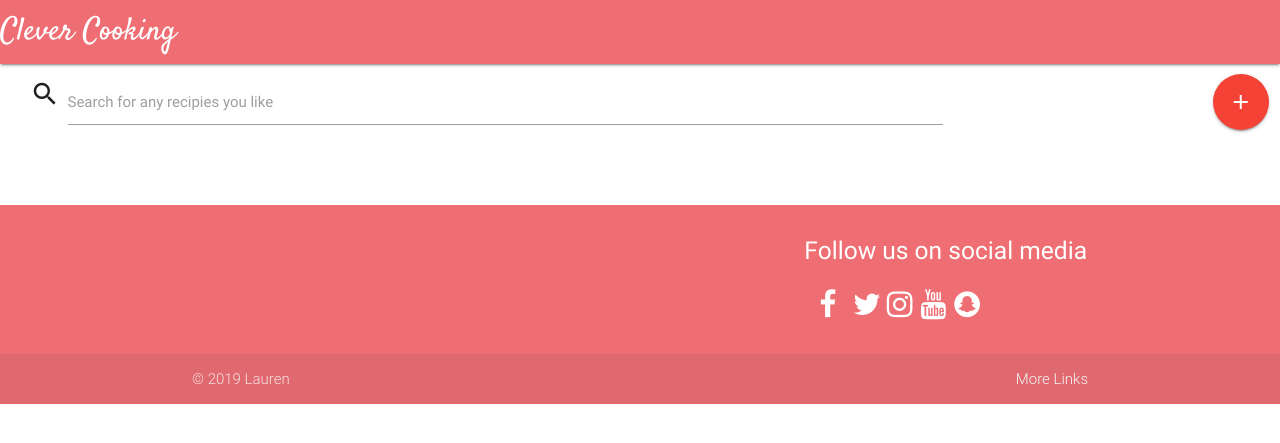
Repository: Code-Institute-Submissions/online-recipe-cookbook
Page: http://localhost/
The author's editor kept a record of every edit. The page is drawn from the files as they stood at one moment, then again after the next edit.
The browser window is 1280 px wide. The pictures show the whole page.
Some web libraries are served in a nearby version. The page is served by the project's application, run on Flask 3 (app.py). Queries for data that is not in the repository find no rows.

Above is the page before.

### templates/home.html
{% extends 'base.html' %}
{% block content %}
<!DOCTYPE html>
<html>
    <head>

    </head>
    <body>
        <div class="row">

            <div class="col s12">
              <div class="row">
                <div class="input-field col s9">
                  <i class="center-align material-icons prefix">search</i>
                  <input method="POST" action="{{url_for('get_recipe_names')}}" type="text" id="autocomplete-input" class="autocomplete">
                  <label for="autocomplete-input">Search for any recipies you like</label>
                </div>
                <a href="{{url_for('add_recipe')}}" class="btn-floating right-align btn-large waves-effect waves-light red" style="float: right; margin-top: 10px"><i class="material-icons">add</i></a>
              </div>
            </div>
         </div>
        <div class="row">
         {% for recipe in recipes %}

             <div class="card col s12 m6 l4 medium">
                <div class="card-image waves-effect waves-block waves-light">
                  <img class="activator" src={{ recipe.image_link}}>
                </div>
                <div class="card-content">
                  <span class="card-title activator grey-text text-darken-4">{{ recipe.recipe_name }}<i class="material-icons right">more_vert</i></span>
                  <p><a href="{{url_for('show_recipe', recipe_id=recipe._id)}}">View full recipe</a></p>
                  <span><i class="material-icons left">favorite</i> <p>{{recipe.likes}}</p></span>
                </div>
                <div class="card-reveal">
                  <span class="card-title grey-text text-darken-4">{{ recipe.recipe_name }}<i class="material-icons right">close</i></span>
                  <p>{{recipe.ingredients}}</p>
                  <span><a href="{{ url_for('edit_recipe', recipe_id=recipe._id)}}"><i class="material-icons right">edit</i></a></span>
                </div>
         </div>

         {% endfor %}

                 </div>
    </body>
</html>
{% endblock %}

### templates/base.html
<!DOCTYPE html>
<html>

<head>
    <link href="https://fonts.googleapis.com/icon?family=Material+Icons" rel="stylesheet">
    <link rel="stylesheet" href="https://cdnjs.cloudflare.com/ajax/libs/materialize/0.100.2/css/materialize.min.css">
    <link rel="stylesheet" href="{{url_for('static', filename='css/style.css')}}" type="text/css"/>
    <link rel="stylesheet" href="https://cdnjs.cloudflare.com/ajax/libs/font-awesome/4.7.0/css/font-awesome.min.css">
</head>

<body>
    <header>
      <nav>
        <div class="nav-wrapper">
          <a href="{{url_for('get_top_recipes')}}" class="brand-logo">Clever Cooking</a>
        </div>
      </nav>
    </header>
    {% block content %}

    {% endblock %}

    <script src="https://cdnjs.cloudflare.com/ajax/libs/jquery/3.2.1/jquery.min.js"></script>
    <script src="https://cdnjs.cloudflare.com/ajax/libs/materialize/0.100.2/js/materialize.min.js"></script>
    <script type="text/javascript">
    $(document).ready(function(){
    $('.modal').modal();

    function sendItem(val) {
        console.log(val);
    }
    $(function () {
            $('input.autocomplete').autocomplete({
                data: {

                    "Apple": null,
                    "Microsoft": null,
                    "Google": 'http://placehold.it/250x250'
                },
                onAutocomplete: function(txt) {
                  sendItem(txt);
                },
                limit: 20, // The max amount of results that can be shown at once. Default: Infinity.
            });

    });

  });
    </script>

</body>
<footer class="page-footer">
          <div class="container">
            <div class="row">
              <div class="col l6 s12">
                </div>
              <div class="col l4 offset-l2 s12">
                <h5 class="white-text">Follow us on social media</h5>

                  <a href="#"><i class="fa fa-facebook fa-2x"></i></a>
          				<a href="#" ><i class="fa fa-twitter fa-2x"></i></a>
          				<a href="#" ><i class="fa fa-instagram fa-2x"></i></a>
          				<a href="#" ><i class="fa fa-youtube fa-2x"></i></a>
          				<a href="#"> <i class="fa fa-snapchat fa-2x"></i> </a>


              </div>
            </div>
          </div>
          <div class="footer-copyright">
            <div class="container">
            © 2019 Lauren
            <a class="grey-text text-lighten-4 right" href="#!">More Links</a>
            </div>
          </div>
        </footer>
</html>

### app.py
import os
from flask import Flask, render_template, redirect, request, url_for
from flask_pymongo import PyMongo
from bson.objectid import ObjectId

app = Flask(__name__)
app.config["MONGO_DBNAME"] = 'cookbookDb'
#app.config["MONGO_URI"] = os.getenv('MONGO_URI', 'mongodb://localhost')
app.config["MONGO_URI"]="mongodb+srv://root-user96:r00tUser96@myfirstcluster-ehz2d.mongodb.net/cookbookDb?retryWrites=true&w=majority"


mongo = PyMongo(app)

@app.route('/')
@app.route('/get_top_recipes')
def get_top_recipes():
    return render_template("home.html", recipes=mongo.db.recipes.find())

@app.route('/edit_recipe/<recipe_id>')
def edit_recipe(recipe_id):
    the_recipe = mongo.db.recipes.find_one({"_id": ObjectId(recipe_id)})
    return render_template('edit_recipe.html', recipe=the_recipe)

@app.route('/show_recipe/<recipe_id>')
def show_recipe(recipe_id):
    the_recipe = mongo.db.recipes.find_one({"_id": ObjectId(recipe_id)})
    return render_template('show_recipe.html', recipe=the_recipe )

@app.route('/delete_recipe/<recipe_id>')
def delete_recipe(recipe_id):
    mongo.db.recipes.remove({'_id': ObjectId(recipe_id)})
    return redirect(url_for('get_top_recipes'))

@app.route('/add_like_to_recipe/<recipe_id>', methods=['GET'])
def add_like_to_recipe(recipe_id):
    recipes = mongo.db.recipes

    recipes.update(
        {'_id': ObjectId(recipe_id)},
        { '$inc': { 'likes': +1} }
    )

    return redirect(url_for('show_recipe', recipe_id=recipe_id))
@app.route('/add_comment_to_recipe/<recipe_id>', methods=['POST'])
def add_comment_to_recipe(recipe_id):
    recipes = mongo.db.recipes

    recipes.update(
        {'_id': ObjectId(recipe_id)},
        {
             '$push':{'comments': request.form.get('comment')}
        }, upsert=True)
    return redirect(url_for('show_recipe', recipe_id=recipe_id))

@app.route('/update_recipe/<recipe_id>', methods=['POST'])
def update_recipe(recipe_id):
    recipes = mongo.db.recipes
    recipes.update({'_id': ObjectId(recipe_id)},
    {
        'recipe_name':request.form.get('recipe_name'),
        'prep_time':request.form.get('prep_time'),
        'cook_time':request.form.get('cook_time'),
        'ingredients':request.form.get('ingredients'),
        #'cuisine':request.form.get('cuisine'),
        'method_steps':request.form.get('method_steps'),
        'tools_used':request.form.get('tools_used'),
        'image_link':request.form.get('image_link')
    })
    return redirect(url_for('get_top_recipes'))

@app.route('/insert_recipe', methods=['POST'])
def insert_recipe():
    recipes = mongo.db.recipes
    recipes.insert_one(request.form.to_dict())
    return redirect(url_for('get_top_recipes'))

@app.route('/add_recipe')
def add_recipe():
    return render_template("add_recipe.html")

@app.route('/get_recipe_names')
def get_recipe_names():
    return render_template("index.html", names=mongo.db.recipe_names.find())

if __name__ == '__main__':
    app.run(host=os.environ.get('IP'),
            port=int(os.environ.get('PORT')),
            debug=True)

### static/css/style.css
@import url('https://fonts.googleapis.com/css?family=Satisfy&display=swap');
.fa {
  color: white;
  padding: .5em;
  font-size: 2em;
  width: 1em;
  text-decoration: none;
}

.nav-wrapper{
  font-family: 'Satisfy', cursive;
  font-size: 20px;
}

header{

}

After the next edit:
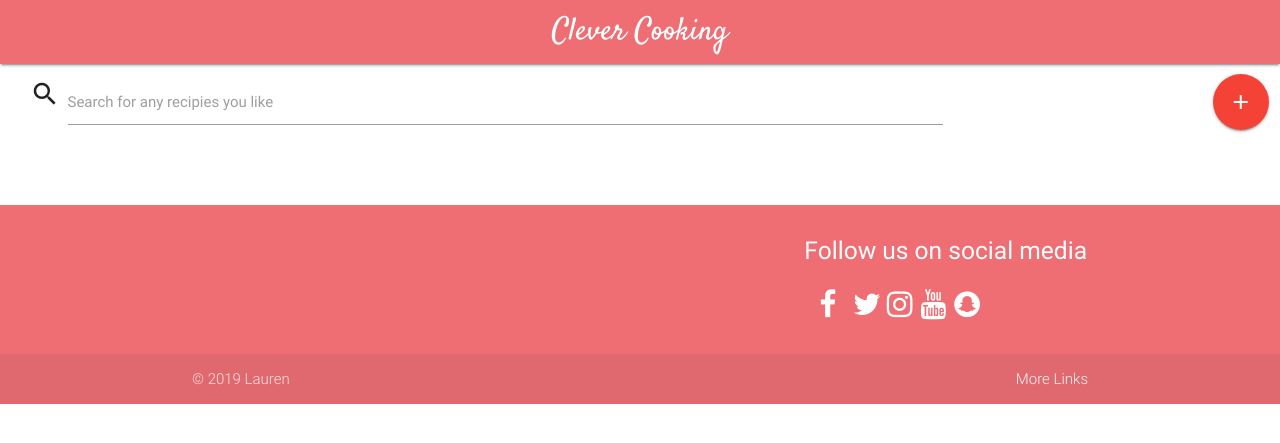
The edit:
--- a/templates/base.html
+++ b/templates/base.html
@@ -12,7 +12,7 @@
     <header>
       <nav>
         <div class="nav-wrapper">
-          <a href="{{url_for('get_top_recipes')}}" class="brand-logo">Clever Cooking</a>
+          <a href="{{url_for('get_top_recipes')}}" class="brand-logo center">Clever Cooking</a>
         </div>
       </nav>
     </header>
